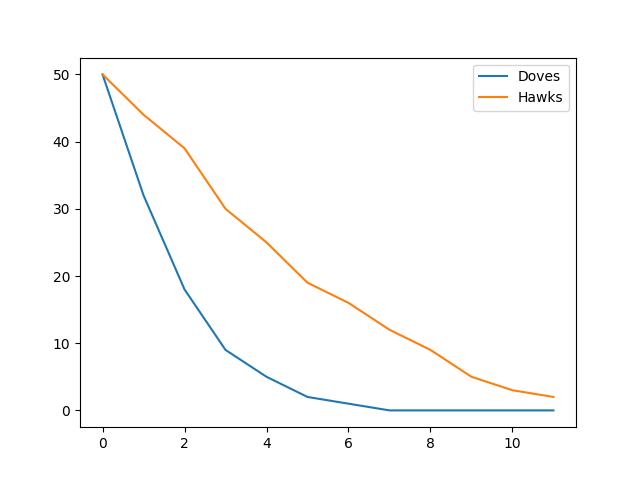
Repository: PatLaCisay/python-hawkdove-master
Script's output: python hawkdove.py
An editor plug-in stored every save of this project. The script's output is shown before and after a run of saves, followed by the edit.
Random numbers start from a fixed seed.

Above is the script's output before, as saved 2023-03-07 14:41:05.

### hawkdove.py
#!/usr/bin/python
from random import choice, randint
from time import perf_counter
from pylab import plot, show, legend

STARTING_DOVES = 50
STARTING_HAWKS = 50
STARTING_POPULATION = STARTING_HAWKS + STARTING_DOVES

ROUNDS = 50
STARTING_ENERGY = 100

MIN_FOOD_PER_ROUND = 40
MAX_FOOD_PER_ROUND = 70

ENERGY_REQUIRED_FOR_REPRODUCTION = 20
ENERGY_LOSS_FROM_FIGHTING = 2000
ENERGY = 30

ENERGY_REQUIRED_FOR_LIVING = 50

STATUS_ACTIVE = "active"
STATUS_ASLEEP = "asleep"

TYPE_HAWK = "hawk"
TYPE_DOVE = "dove"

agents = []

# Graph stuff
graph_hawk_points = []
graph_dove_points = []

# Profiling


class Agent:
	id = 0
	agent_type = None
	status = STATUS_ACTIVE
	energy = STARTING_ENERGY


def main():
	init()
	current_round = 1
	death_count = 0
	dead_hawks  = 0
	dead_doves  = 0
	breed_count = 0
	main_tic = perf_counter()

	while current_round <= ROUNDS and len(agents) > 2:
		tic = perf_counter()
		awakenAgents()

		food = getFood()
		if (current_round==1) :
			round_dead_hawks=0
			round_dead_doves=0
			round_hawk_babies=0
			round_dove_babies=0
		else:
			# This could be optimized further by creating a list every time
			# that only has active agents, so it isn't iterating over entire list every time
			while True:
				agent, nemesis = getRandomAgents()
				if agent is None or nemesis is None:
					break
				compete(agent, nemesis, food)


			round_dead_hawks, round_dead_doves = cull()
			death_count += (round_dead_hawks + round_dead_doves)

		toc = perf_counter()

		print("ROUND %d" % current_round)
		print("Food produced          : %d" % food)
		print("Population             : Hawks-> %d, Doves-> %d" % (getAgentCountByType(TYPE_HAWK), getAgentCountByType(TYPE_DOVE)))
		print("Dead hawks             : %d" % round_dead_hawks)
		print("Dead doves             : %d" % round_dead_doves)
		print("Hawk babies            : %s" % round_hawk_babies)
		print("Dove babies            : %s" % round_dove_babies)
		print("Hawks                  : %s" % getPercByType(TYPE_HAWK))
		print("Doves                  : %s" % getPercByType(TYPE_DOVE))
		print("----")
		print("Round Processing time  : %s" % getTimeFormatted(toc - tic))
		print("Elapsed time           : %s\n" % getTimeFormatted(perf_counter() - main_tic))

		# Plot
		graph_hawk_points.append(getAgentCountByType(TYPE_HAWK))
		graph_dove_points.append(getAgentCountByType(TYPE_DOVE))

		current_round += 1


	main_toc = perf_counter()

	print("=============================================================")
	print("Total dead agents      : %d" % death_count)
	print("Total breeding agents  : %d" % breed_count)
	print("Total rounds completed : %d" % (current_round - 1))
	print("Total population size  : %s" % len(agents))
	print("Hawks                  : %s" % getPercByType(TYPE_HAWK))
	print("Doves                  : %s" % getPercByType(TYPE_DOVE))
	print("Processing time        : %s" % getTimeFormatted(main_toc - main_tic))
	print("=============================================================")


def init():

	for x in range(0,STARTING_DOVES):
		a = Agent()
		a.agent_type = TYPE_DOVE
		agents.append(a)

	for x2 in range(0,STARTING_HAWKS):
		a2 = Agent()
		a2.agent_type = TYPE_HAWK
		agents.append(a2)


def getAvgFromList(list):
	return float( sum(list) / len(list) )


def getTimeFormatted(seconds):
	m, s = divmod(seconds, 60)
	return "%02d:%02d" % (m, s)


def getFood():
	return randint(MIN_FOOD_PER_ROUND, MAX_FOOD_PER_ROUND)


def getPercByType(agent_type):
	perc = float(getAgentCountByType(agent_type)) / float(len(agents))
	return '{percent:.2%}'.format(percent=perc)


def getAliveAgentsCount():
	return getAgentCountByStatus(STATUS_ACTIVE) + getAgentCountByStatus(STATUS_ASLEEP)


def getRandomAgents():
	nemesis = None
	active_agents = list(generateAgentsByStatus(STATUS_ACTIVE))
	if len(active_agents) < 2:
		return None, None
	max_index = len(active_agents) - 1
	agent = active_agents[ randint(0, max_index) ]
	while nemesis is None:
		n = active_agents[ randint(0, max_index) ]
		if n is not agent:
			nemesis = n

	return agent, nemesis


def awakenAgents():
	for agent in agents:
		agent.status = STATUS_ACTIVE


def generateAgentsByType(agent_type):
	for agent in agents:
		if agent.agent_type == agent_type:
			yield agent


def generateAgentsByStatus(status):
	for agent in agents:
		if agent.status == status:
			yield agent


def getEnergyFromFood(food):
	return food # 1 to 1


def getAgentCountByStatus(status):
	count = len( list(generateAgentsByStatus(status)) )
	return count


def getAgentCountByType(agent_type):
	return len( list(generateAgentsByType(agent_type)) )


def compete(agent, nemesis, food):
	winner = choice([agent, nemesis])
	loser = agent if (winner is nemesis) else nemesis

	if agent.agent_type == TYPE_HAWK and nemesis.agent_type == TYPE_HAWK:
		if randint(0,1)==1:
			winner.energy += getEnergyFromFood(food) - ENERGY
			loser.energy  -= ENERGY_LOSS_FROM_FIGHTING
		else :
			breed(winner)

	if agent.agent_type == TYPE_HAWK and nemesis.agent_type == TYPE_DOVE:
		agent.energy += getEnergyFromFood(food) - ENERGY
		nemesis.energy -= ENERGY_LOSS_FROM_FIGHTING

	if agent.agent_type == TYPE_DOVE and nemesis.agent_type == TYPE_HAWK:
		nemesis.energy += getEnergyFromFood(food) - ENERGY
		agent.energy -= ENERGY_LOSS_FROM_FIGHTING

	if agent.agent_type == TYPE_DOVE and nemesis.agent_type == TYPE_DOVE:
		agent.energy += getEnergyFromFood(food)/2
		nemesis.energy += getEnergyFromFood(food)/2
		breed(winner)

	nemesis.status = agent.status = STATUS_ASLEEP


def getNewAgent(agent_type, starting_energy=STARTING_ENERGY, status=STATUS_ASLEEP):
	agent = Agent()
	agent.agent_type = agent_type
	agent.status = status
	agent.energy = starting_energy
	return agent


def breed(agent):

		if agent.energy > ENERGY_REQUIRED_FOR_REPRODUCTION:





			agent.energy /= 2

			if agent.agent_type == TYPE_DOVE: baby_agent = getNewAgent(agent.agent_type, (agent.energy/2))
			if (agent.agent_type == TYPE_HAWK): baby_agent = getNewAgent(agent.agent_type, (agent.energy/2))

"""
def count_breeds():

	hawk_babies = 0
	dove_babies = 0
	for agent in agents:
		if agent.energy > ENERGY_REQUIRED_FOR_REPRODUCTION:
			baby_agent_a = getNewAgent(agent.agent_type, (agent.energy/2))
			baby_agent_b = getNewAgent(agent.agent_type, (agent.energy/2))

			agents.append(baby_agent_b)
			agents.append(baby_agent_a)

			agent.energy /= 2

			if agent.agent_type == TYPE_DOVE: dove_babies += 4
			if (agent.agent_type == TYPE_HAWK):

				if randint(0,100)==1 :
					hawk_babies += 1


	return hawk_babies, dove_babies
"""
def cull():

	dead_hawks = 0
	dead_doves = 0
	for index, agent in enumerate(agents):
		if agent.energy < ENERGY_REQUIRED_FOR_LIVING:
			if agent.agent_type == TYPE_DOVE: dead_doves += 1
			if agent.agent_type == TYPE_HAWK: dead_hawks += 1
			del agents[index]


	return dead_hawks, dead_doves


main()
plot(graph_dove_points, label="Doves")
plot(graph_hawk_points, label="Hawks")
legend()

show()

After the next 2 saves:
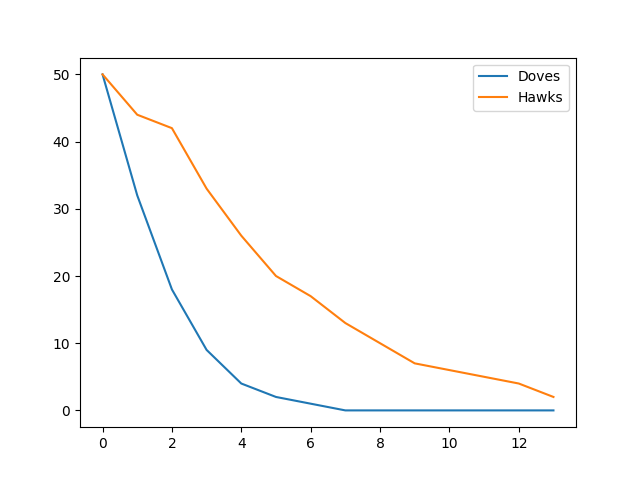
The 2 saves are shown as one change because they came seconds apart.
The last was saved 7 s later.
--- a/hawkdove.py
+++ b/hawkdove.py
@@ -13,11 +13,11 @@ STARTING_ENERGY = 100
 MIN_FOOD_PER_ROUND = 40
 MAX_FOOD_PER_ROUND = 70
 
-ENERGY_REQUIRED_FOR_REPRODUCTION = 20
+ENERGY_REQUIRED_FOR_REPRODUCTION =50
 ENERGY_LOSS_FROM_FIGHTING = 2000
 ENERGY = 30
 
-ENERGY_REQUIRED_FOR_LIVING = 50
+ENERGY_REQUIRED_FOR_LIVING = 20
 
 STATUS_ACTIVE = "active"
 STATUS_ASLEEP = "asleep"
